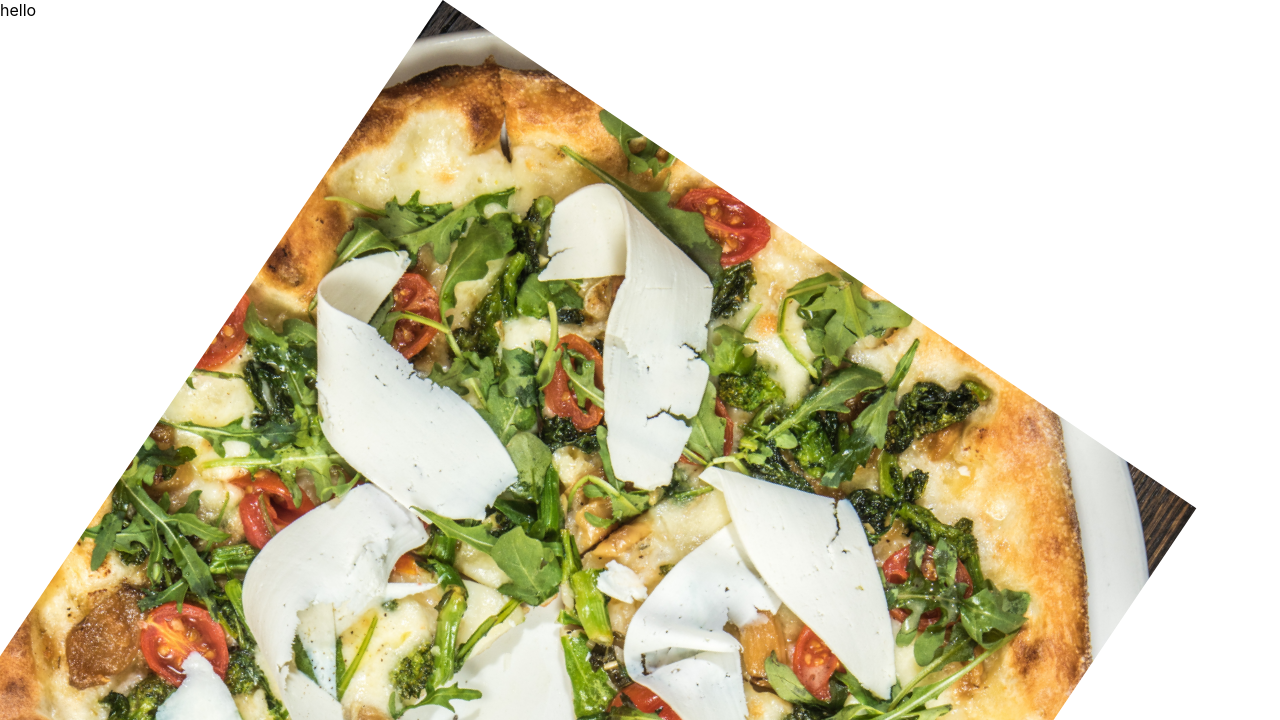
Repository: hobsond/DeliveryApp
Page: / (app in delivery/)
These files come from the project's save history. The page is drawn as it stood at one moment and after the next save; the edit follows.
The browser window is 1280 px wide. The pictures show the whole page.
The project was rebuilt for these pictures with package versions that can differ from the ones it lists, and the page was loaded fresh each time.

Above is the page before, as saved 2021-02-16 21:03:18.

After the next save:
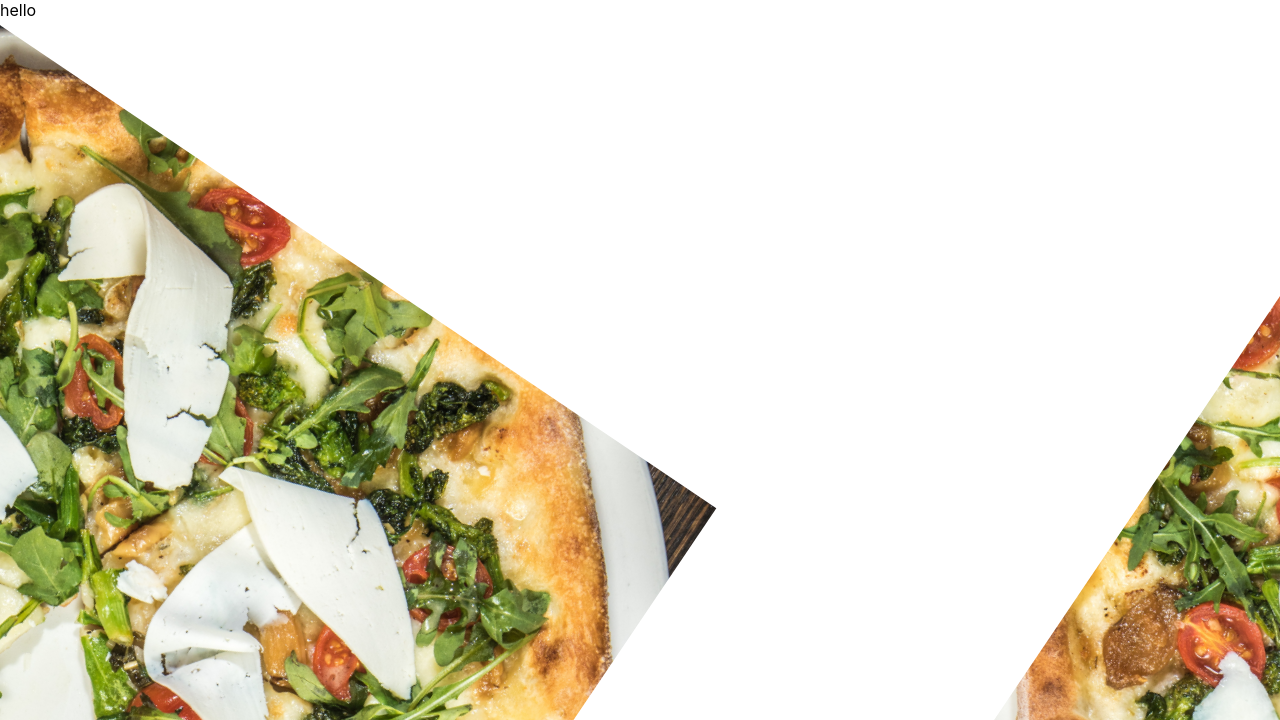
Saved 5 s later.
--- a/delivery/src/App.css
+++ b/delivery/src/App.css
@@ -1,5 +1,5 @@
 .App{
   background:url('./images/mobile/homeScreen/bgMobile.png');
   height:100vh;
-  background-position-x: -20em;
+  background-position-x: -50em;
 }
